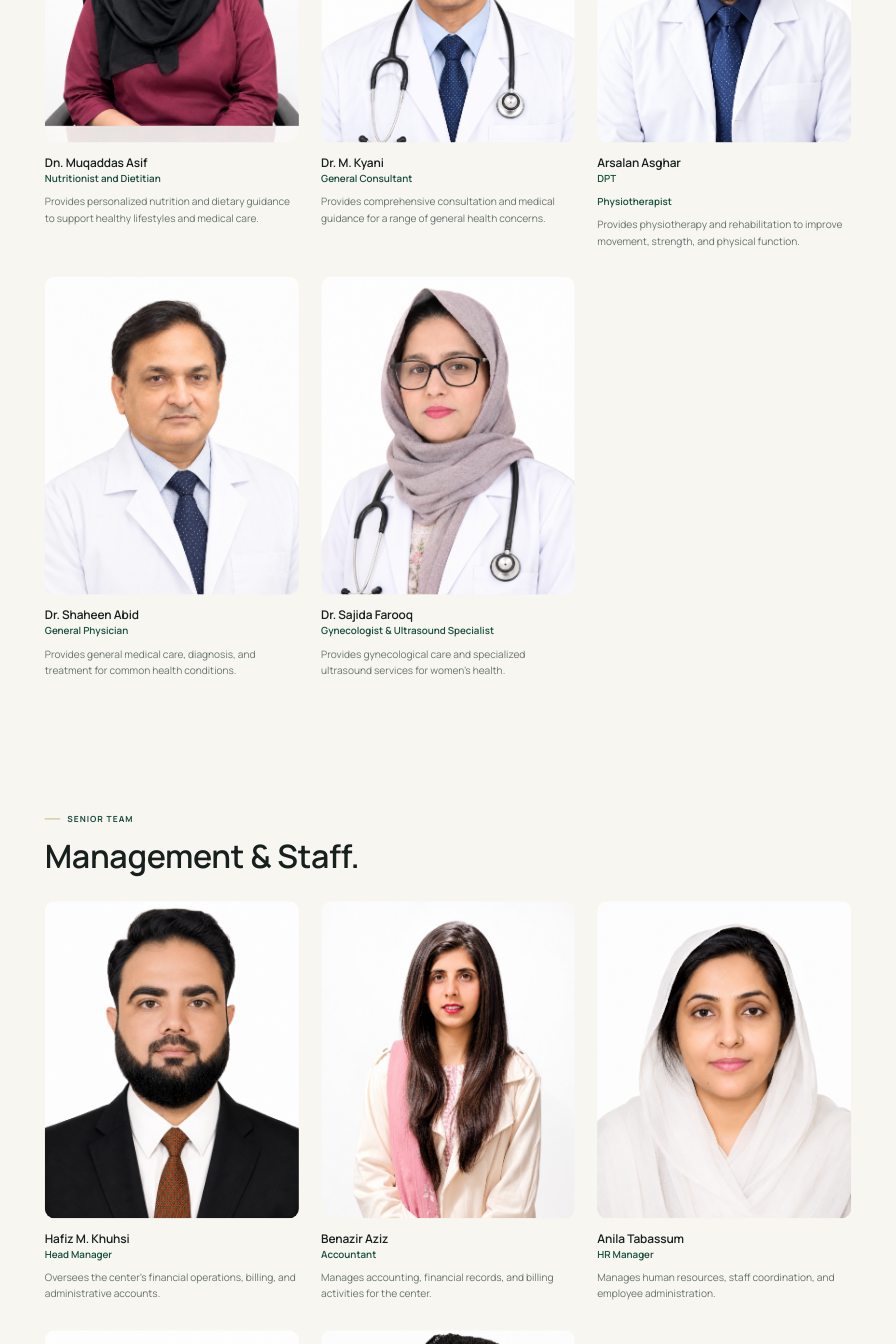
Repository: mraeesaziz45/al-farah
Page: team.html
The author's editor kept a copy of each file at every save. The page is drawn from the files as they stood at one save, then again after the next save.
The browser window is 1280 px wide. The pictures show the part of the page from y = 2448 to 4368 px (the page is 5906 px tall), at 70% of full size.

Above is the page before, as saved 2026-09-28 18:00:18.

After the next save:
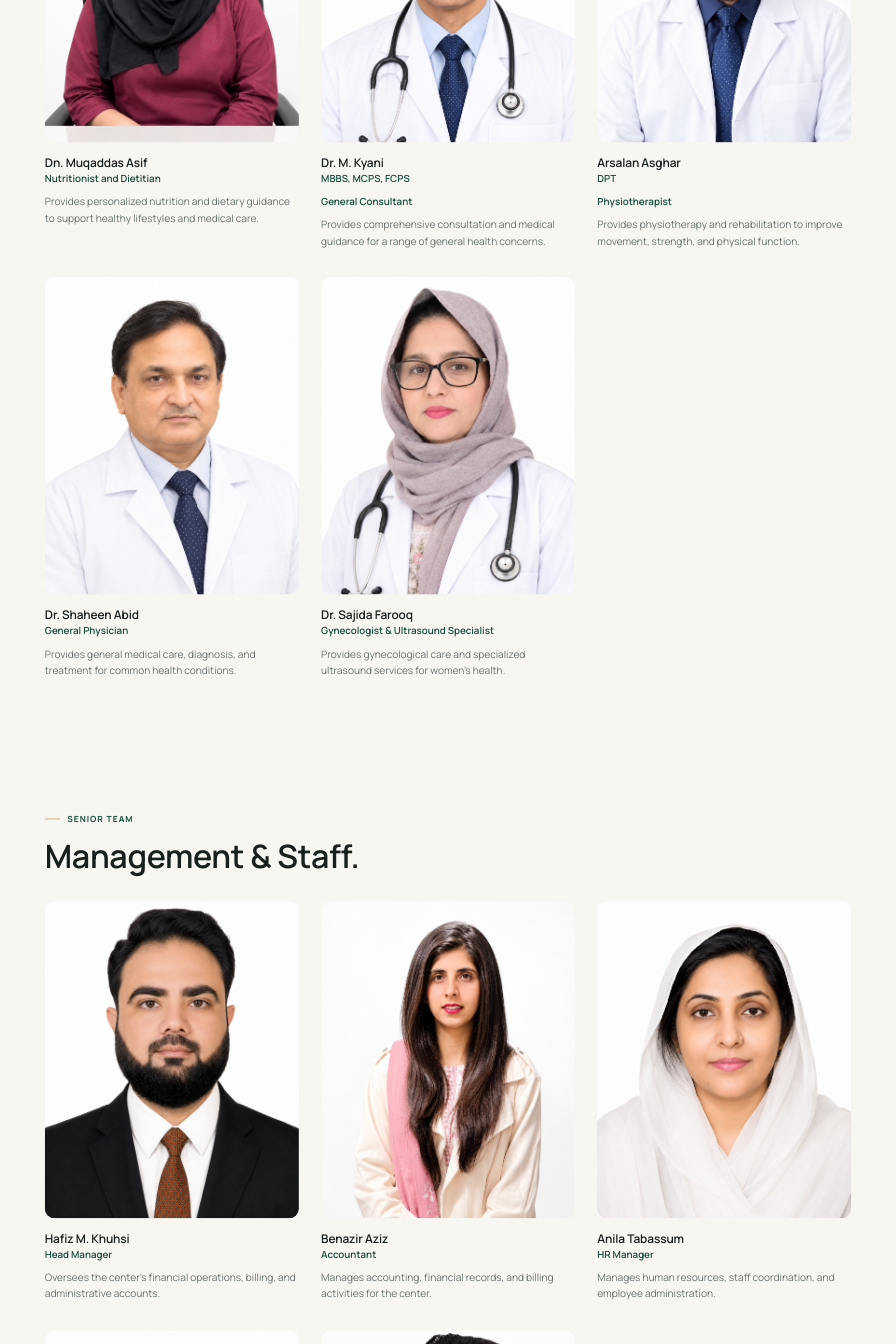
Saved 10 s later.
--- a/team.html
+++ b/team.html
@@ -131,6 +131,7 @@
             <img src="assets/images/team/dr-kyani.png" alt="Portrait placeholder for a radiologist" width="1000" height="1250" loading="lazy" decoding="async">
           </div>
           <h3 class="h4">Dr. M. Kyani</h3>
+          <span class="role">MBBS, MCPS, FCPS</span>
           <span class="role">General Consultant</span>
           <p class="bio">Provides comprehensive consultation and medical guidance for a range of general health concerns.</p>
         </div>
